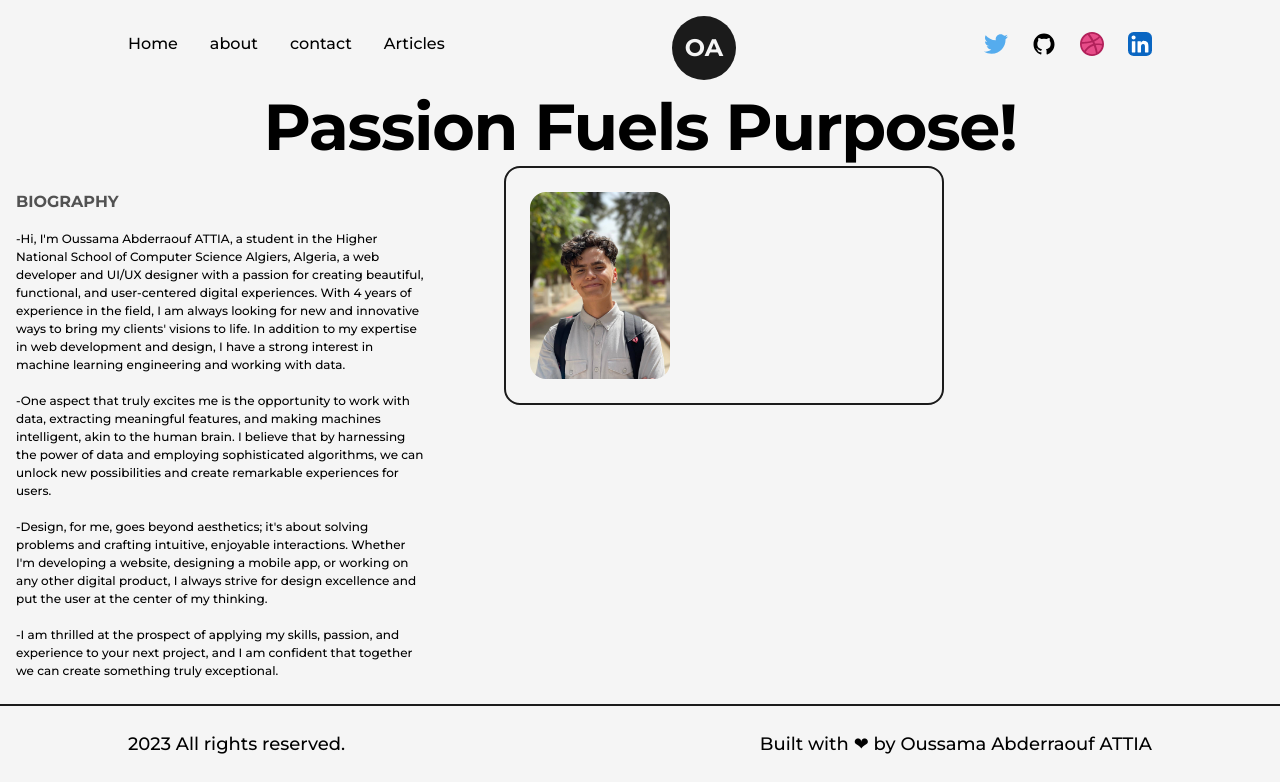
Repository: OussamaAbderraoufAttia/Next.js-Developer-Portfolio
Page: /About
The author's editor kept a copy of each file at every save. The page is drawn from the files as they stood at one save, then again after the next save.
The browser window is 1280 px wide. The pictures show the whole page.
The project was rebuilt for these pictures with package versions that can differ from the ones it lists, and the page was loaded fresh each time. The framework's server and built-in components were replaced by stand-ins that run in the browser. Also part of the build but not shown: next.config.js, src/components/AnimatedText.js.

Above is the page before, as saved 2023-06-27 22:54:19.

After the next save:
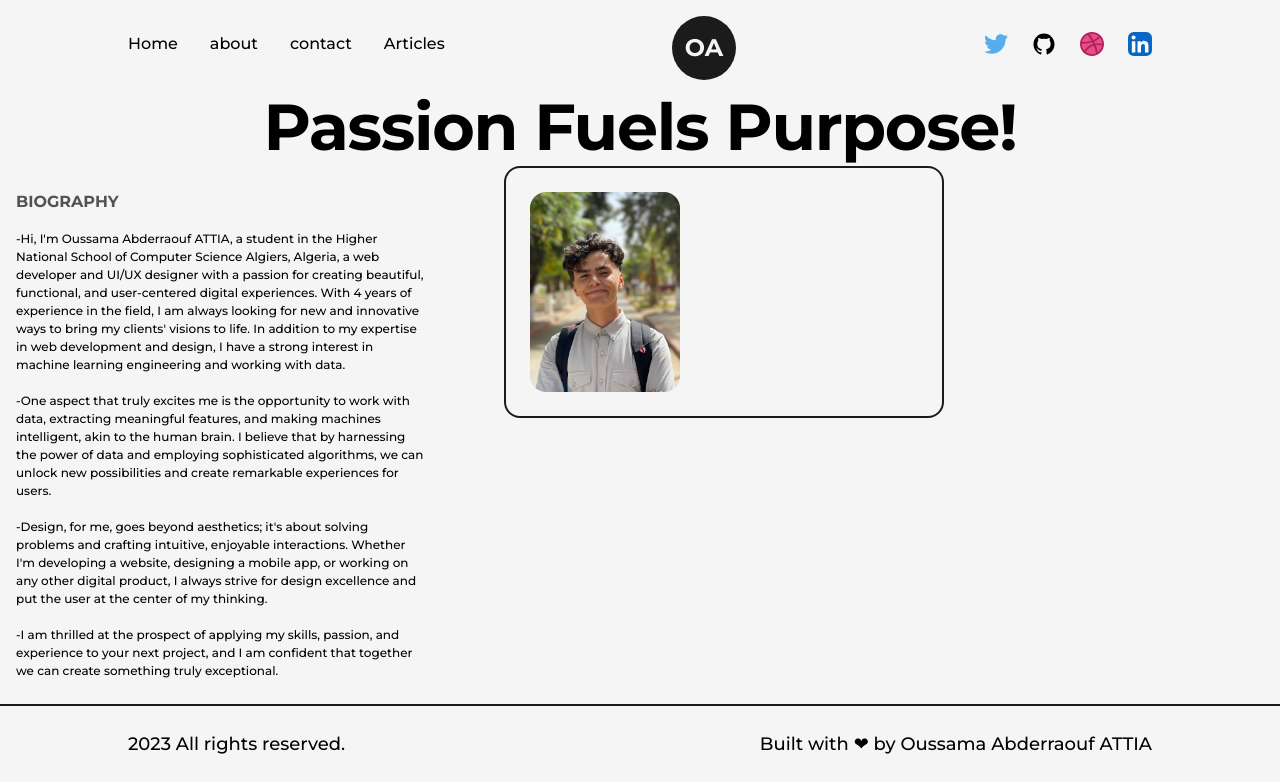
Saved 5 s later.
--- a/src/pages/About.js
+++ b/src/pages/About.js
@@ -47,7 +47,7 @@
 
                     </div>
                     <div className='col-span-3 relative h-max rounded-2xl border-2 border-solid border-dark bg-light p-6'>
-    <Image src={me} alt='Oussama Abderraouf ATTIA' width={140} height={345} className='rounded-2xl' />
+    <Image src={me} alt='Oussama Abderraouf ATTIA' width={150} height={345} className='rounded-2xl' />
 </div>
 
 
